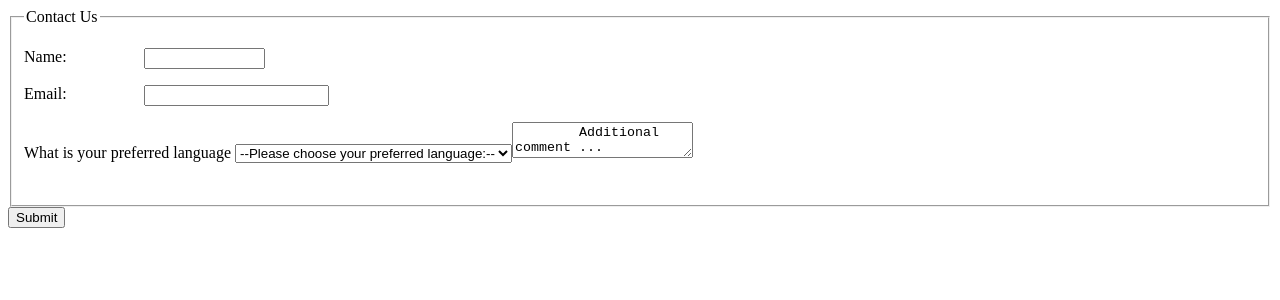
Repository: samuraijane/dc-builders
Page: week6/1-tuesday/homework/exercise2/index.html
These files come from the project's save history. The page is drawn as it stood at one moment and after the next save; the edit follows.
The browser window is 1280 px wide. The pictures show the whole page.

Above is the page before, as saved 2020-08-13 19:12:41.

### week6/1-tuesday/homework/exercise2/index.html
<!doctype html>

<html lang="en">
  <head>
    <meta charset="utf-8">
    <title>Week6 – Tuesday Homework Exercise 2</title>
    <meta name="description" content="Week6 – Tuesday Homework Exercise 2">
    <meta name="author" content="<yourNameGoesHere>">
    <link rel="stylesheet" href="style.css">
  </head>

  <body>
   <form id="form" onsubmit="alert('hello')">
    <fieldset>
      <legend>Contact Us</legend>
      <p>
        <label for="name"> Name: </label>
        <input type="text" id="name" name="name" required
                minlength="4" maxlength="10" size="12">
      </p>
      <p>
        <label for="email"> Email: </label>
        <input type="email" id="email" name="email" required>
      </p>
      <label for="language-select"> What is your preferred language </label>
      <select name="language" id="language-select">
        <option value="" disabled selected>--Please choose your preferred language:--</option>
        <option value="action">English</option>
        <option value="adventure">Spanish</option>
        <option value="comedy">French</option>
        <label for="additional-input"> Please provide additional details: </label>
        <p>
          <textarea id="additional-input" name="additional-input">
        Additional comment ...
          </textarea>
        </p>
    </fieldset>

    <input type="submit" value="Submit">
  </form>
    <script src="script.js"></script>
  </body>
</html>

### week6/1-tuesday/homework/exercise2/style.css
label {
    min-width: 120px;
}

p {
    display: flex;
}

### week6/1-tuesday/homework/exercise2/script.js
let form = document.getElementById('form');
form.addEventListener("submit", function(e) {
    e.preventDefault();
    console.log("hello");
});

After the next save:
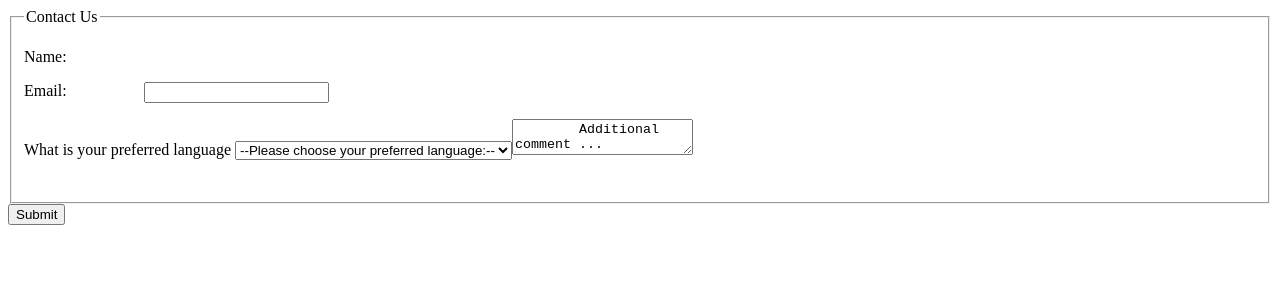
Saved 27 s later.
--- a/week6/1-tuesday/homework/exercise2/index.html
+++ b/week6/1-tuesday/homework/exercise2/index.html
@@ -15,8 +15,8 @@
       <legend>Contact Us</legend>
       <p>
         <label for="name"> Name: </label>
-        <input type="text" id="name" name="name" required
-                minlength="4" maxlength="10" size="12">
+        <!-- <input type="text" id="name" name="name" required
+                minlength="4" maxlength="10" size="12"> -->
       </p>
       <p>
         <label for="email"> Email: </label>
